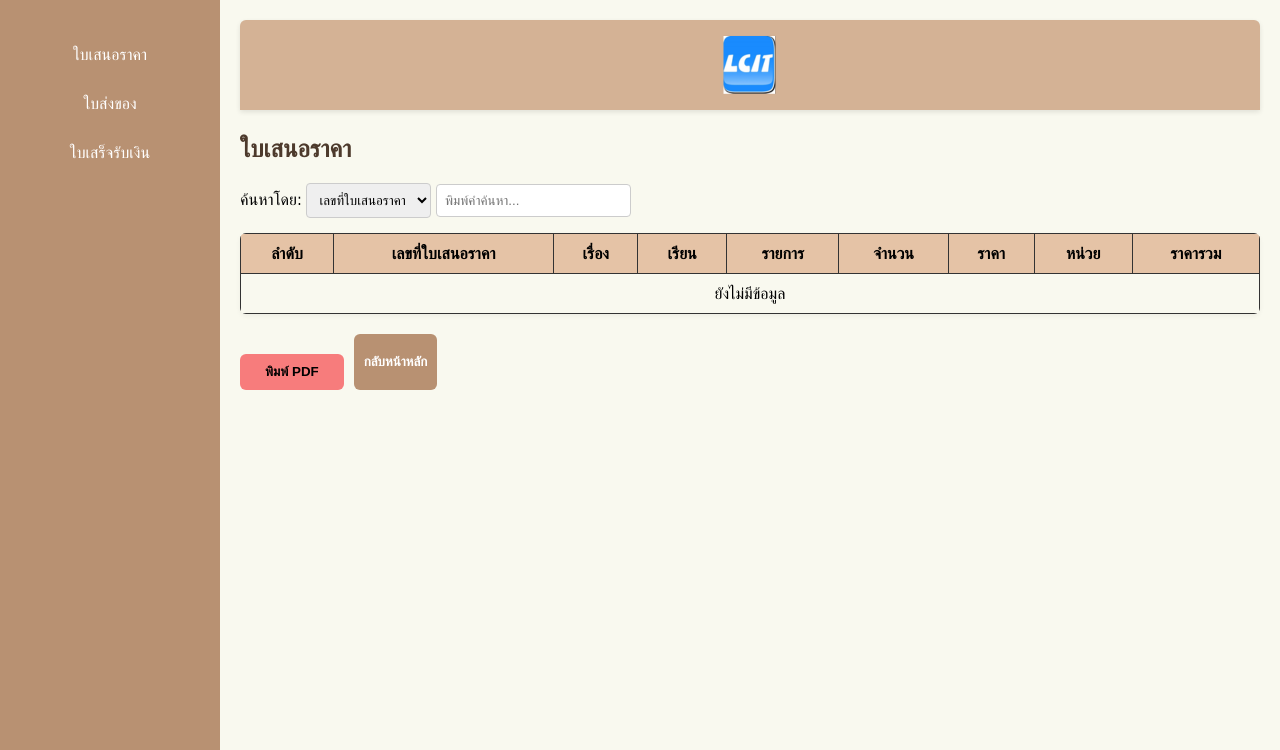
Repository: Hermesmercury88/shop_it
Page: http://localhost/shop/list/all_quotations2.php
The author's editor kept a copy of each file at every save. The page is drawn from the files as they stood at one save, then again after a run of saves.
The browser window is 1280 px wide. The pictures show the whole page.
The page is run by PHP 8.4 with error messages shown; the project is at /var/www/html/. Queries for data that is not in the repository find no rows.

Above is the page before, as saved 2025-09-22 22:13:35.
Console error: TypeError: Cannot read properties of null (reading 'addEventListener')

### list/all_quotations2.php
<?php
$host = "localhost";
$user = "root";
$pass = "";
$dbname = "shop_it2";

// เชื่อมต่อฐานข้อมูล
$conn = new mysqli($host, $user, $pass, $dbname);
if ($conn->connect_error) {
    die("เชื่อมต่อฐานข้อมูลล้มเหลว: " . $conn->connect_error);
}

// ดึงข้อมูลจากตาราง quotations + quotation_items
$sql = "
    SELECT
        q.quotation_no,
        q.subject,
        q.recipient_name,
        i.item_name,
        i.qty,
        i.price,
        i.unit,
        i.total
    FROM quotations q
    JOIN quotation_items i ON i.quotation_id = q.id
    ORDER BY q.id, i.id
";
$result = $conn->query($sql);
?>

<!DOCTYPE html>
<html lang="th">
<head>
<meta charset="UTF-8">
<meta name="viewport" content="width=device-width, initial-scale=1.0">
<title>ใบเสนอราคา</title>

<style>
body {
    margin: 0;
    font-family: Tahoma, sans-serif;
    background: #f9f9ef;
}

/* Sidebar */
.sidebar {
    width: 220px;
    height: 100vh;
    background: #b89172;
    float: left;
    color: #fff;
    display: flex;
    flex-direction: column;
    align-items: center;
    padding-top: 30px;
}
.sidebar a {
    color: #fff;
    text-decoration: none;
    margin: 15px 0;
    display: block;
    width: 100%;
    text-align: center;
    transition: background 0.3s;
}
.sidebar a:hover {
    background: rgba(255,255,255,0.2);
    border-radius: 6px;
}

/* Content */
.content {
    margin-left: 220px;
    padding: 20px;
}

/* Topbar */
.topbar {
    background: #d4b295;
    padding: 15px 0;
    text-align: center;
    margin-bottom: 25px;
    box-sizing: border-box;
    border-radius: 6px 6px 0 0;
    box-shadow: 0 2px 5px rgba(0,0,0,0.1);
}
.topbar img {
    max-height: 60px;
    display: block;
    margin: 0 auto;
}

/* Headline */
h2 {
    margin: 20px 0;
    font-weight: 600;
    color: #4d3a2c;
}

/* Table */
table {
    width: 100%;
    border-collapse: collapse;
    border-radius: 6px;
    overflow: hidden;
    box-shadow: 0 2px 5px rgba(0,0,0,0.05);
}
th, td {
    border: 1px solid #333; /* เส้นชัด */
    padding: 10px;
    text-align: center;
    transition: background 0.3s;
}
th {
    background: #e5c3a6;
    font-weight: 600;
}
tr:nth-child(even) {
    background: #fdf5ef;
}
tr:hover {
    background: #ffe8d0;
}

/* Search box */
.search-box {
    margin: 10px 0 15px;
}
input, select {
    padding: 8px;
    border: 1px solid #ccc;
    border-radius: 4px;
    outline: none;
}
input:focus, select:focus {
    border-color: #b89172;
}

/* PDF button */
.btn-pdf {
    margin-top: 20px;
    background: #f77c7c;
    color: #000;
    padding: 10px 25px;
    border: none;
    border-radius: 6px;
    cursor: pointer;
    font-weight: bold;
    transition: background 0.3s;
}
.btn-pdf:hover {
    background: #f55c5c;
}

/* Print PDF */
/* Print PDF */
@media print {
    @page {
        size: A5 portrait;
        margin: 5mm;  /* กระชับขอบทุกด้าน */
    }

    body {
        background: #fff;
        margin: 0;
        font-size: 12pt;
    }

    .sidebar,
    .search-box,
    .btn-pdf{
        display: none !important;
    }

    .content {
        margin: 0;
        padding: 0;
    }

    table {
        border-collapse: collapse;
        width: 100%;
        border: 2px solid #000;  /* ขอบชัดทุกด้าน */
        margin: 0;
        box-sizing: border-box;
    }

    th, td {
        border: 1px solid #000;  /* เส้นชัด */
        padding: 6px;
        text-align: center;
        box-sizing: border-box;
    }

    tr:nth-child(even) {
        background: #fdf5ef;
    }
}

</style>
</head>
<body>
<div class="sidebar">
    <a href="http://localhost/shop/list/all_quotations2.php">ใบเสนอราคา</a>
    <a href="http://localhost/shop/list/all_deliveries2.php">ใบส่งของ</a>
    <a href="http://localhost/shop/list/all_receipts2.php">ใบเสร็จรับเงิน</a>
</div>

<div class="content">
    <div class="topbar">
        <img src="../pic/mylogo.png" alt="LOGO">
    </div>

    <h2>ใบเสนอราคา</h2>

    <div class="search-box">
        <label for="searchColumn">ค้นหาโดย: </label>
        <select id="searchColumn">
            <option value="1">เลขที่ใบเสนอราคา</option>
            <option value="2">เรื่อง</option>
            <option value="3">เรียน</option>
        </select>
        <input type="text" id="searchInput" placeholder="พิมพ์คำค้นหา...">
    </div>

    <table id="quotationTable">
        <thead>
            <tr>
                <th>ลำดับ</th>
                <th>เลขที่ใบเสนอราคา</th>
                <th>เรื่อง</th>
                <th>เรียน</th>
                <th>รายการ</th>
                <th>จำนวน</th>
                <th>ราคา</th>
                <th>หน่วย</th>
                <th>ราคารวม</th>
            </tr>
        </thead>
        <tbody>
            <?php
            $no = 1;
            if ($result->num_rows > 0) {
                while($row = $result->fetch_assoc()) {
                    echo "<tr>";
                    echo "<td>" . $no++ . "</td>";
                    echo "<td>" . htmlspecialchars($row['quotation_no']) . "</td>";
                    echo "<td>" . htmlspecialchars($row['subject']) . "</td>";
                    echo "<td>" . htmlspecialchars($row['recipient_name']) . "</td>";
                    echo "<td>" . htmlspecialchars($row['item_name']) . "</td>";
                    echo "<td>" . $row['qty'] . "</td>";
                    echo "<td>" . number_format($row['price'],2) . "</td>";
                    echo "<td>" . htmlspecialchars($row['unit']) . "</td>";
                    echo "<td>" . number_format($row['total'],2) . "</td>";
                    echo "</tr>";
                }
            } else {
                echo "<tr><td colspan='9'>ยังไม่มีข้อมูล</td></tr>";
            }
            ?>
        </tbody>
    </table>

    <div style="margin-top: 20px; display: flex; gap: 10px;">
    <button class="btn-pdf" onclick="window.print()">พิมพ์ PDF</button>
    <button style="padding: 10px 10px; background:#b89172; color:#fff; border:none; border-radius:6px; cursor:pointer; font-weight:bold;"
            onclick="window.location.href='../index.html'">
        กลับหน้าหลัก
    </button>
</div>

<script>
// ฟังก์ชันค้นหา (client side)
document.getElementById("searchInput").addEventListener("keyup", function() {
    let input = this.value.toLowerCase();
    let table = document.getElementById("quotationTable");
    let rows = table.getElementsByTagName("tr");
    let column = parseInt(document.getElementById("searchColumn").value);

    for (let i = 1; i < rows.length; i++) {
        let cell = rows[i].getElementsByTagName("td")[column];
        if (cell) {
            let text = cell.textContent.toLowerCase();
            rows[i].style.display = text.includes(input) ? "" : "none";
        }
    }
});

// ✅ ฟังก์ชันเลือกจำนวนแถวที่จะแสดง
function updateTableRows() {
    let rowsPerPage = parseInt(document.getElementById("rowsPerPage").value);
    let table = document.getElementById("deliveryTable");
    let rows = table.getElementsByTagName("tr");

    let count = 0;
    for (let i = 1; i < rows.length; i++) {
        if (rows[i].style.display !== "none") { // ถ้าไม่ได้ถูกซ่อนจากการค้นหา
            count++;
            rows[i].style.display = (count <= rowsPerPage) ? "" : "none";
        }
    }
}

document.getElementById("rowsPerPage").addEventListener("change", updateTableRows);
// เรียกตอนโหลดหน้า
updateTableRows();

</script>

</body>
</html>

<?php $conn->close(); ?>

After the next 2 saves:
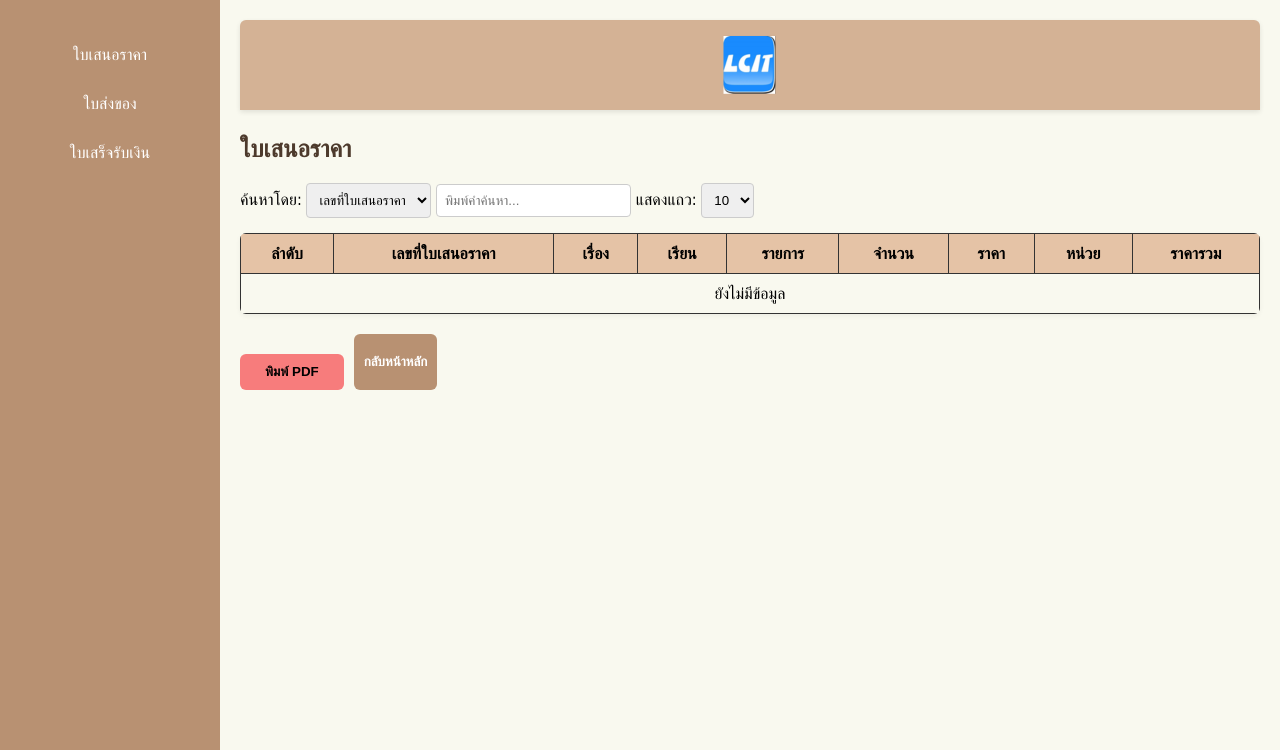
Console error: TypeError: Cannot read properties of null (reading 'getElementsByTagName')
The 2 saves are shown as one change because they came seconds apart.
The last was saved 20 s later.
--- a/list/all_quotations2.php
+++ b/list/all_quotations2.php
@@ -221,6 +221,15 @@ input:focus, select:focus {
             <option value="3">เรียน</option>
         </select>
         <input type="text" id="searchInput" placeholder="พิมพ์คำค้นหา...">
+
+        <!-- ✅ เพิ่มตัวเลือกจำนวนแถว -->
+        <label for="rowsPerPage">แสดงแถว: </label>
+        <select id="rowsPerPage">
+            <option value="5">5</option>
+            <option value="10" selected>10</option>
+            <option value="20">20</option>
+            <option value="50">50</option>
+        </select>
     </div>
 
     <table id="quotationTable">
